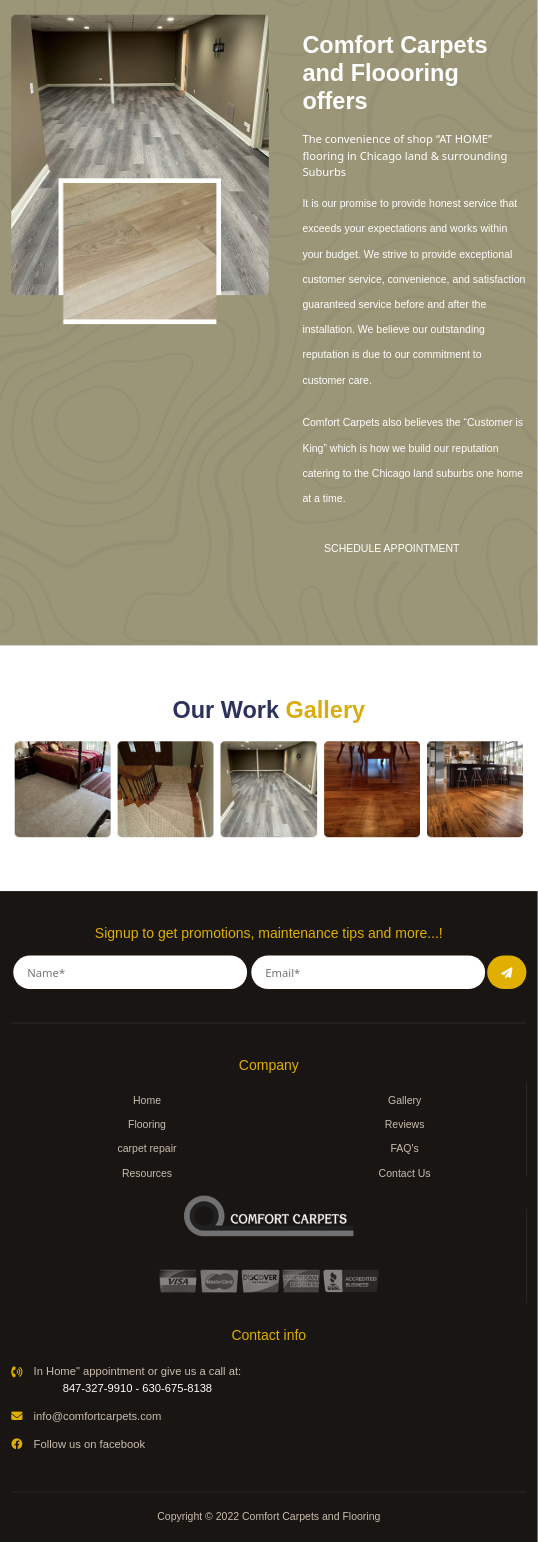
Repository: Ab-dur-Rehman/sscaseFolders
Page: index.html
An editor plug-in stored every save of this project. The page is shown before and after the next save, followed by the edit.
The browser window is 768 px wide. The pictures show the part of the page from y = 4260 to 6500 px (the page is 6463 px tall before and 6535 px after), at 70% of full size.
Some web fonts or font styles are not loaded; a fallback is used.

Above is the page before, as saved 2022-12-27 20:52:14.

After the next save:
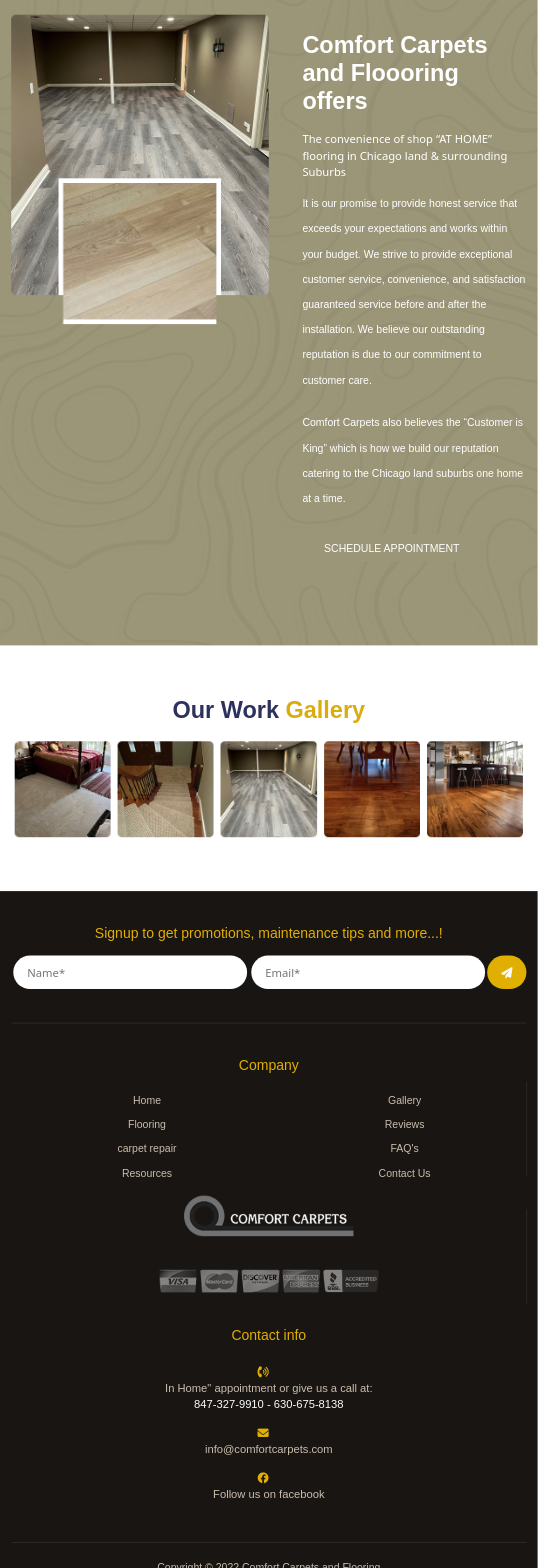
Saved 72 s later.
--- a/assets/css/style.css
+++ b/assets/css/style.css
@@ -449,6 +449,12 @@
     .footer-center-1 ul li:before {
         content: "";
     }
+    .footer-center-3 ul li {
+        list-style: none;
+        padding: 5px 0;
+        text-align: center;
+        display: block!important;
+    }
 }
 
 @media only screen and (max-width: 767px) and (min-width: 1024px) {
